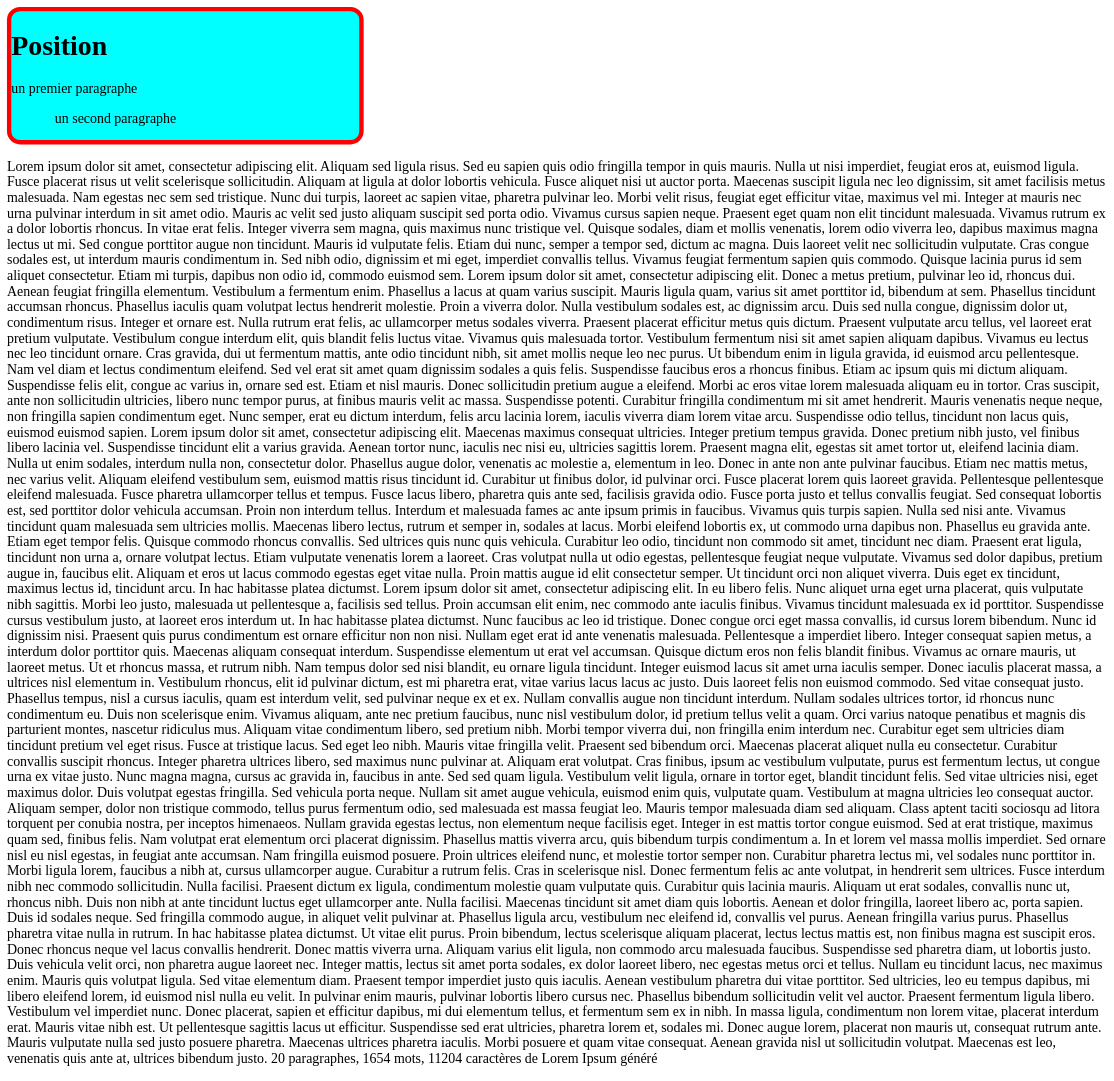
Repository: Poulpyto/fitec
Page: workspaceHtmlFlo/PremierTp_htmlCss/WebContent/position.html
An editor plug-in stored every save of this project. The page is shown before and after the next save, followed by the edit.
The browser window is 1280 px wide. The pictures show the whole page, at 87% of full size.

Above is the page before, as saved 2017-04-04 09:29:18.

After the next save:
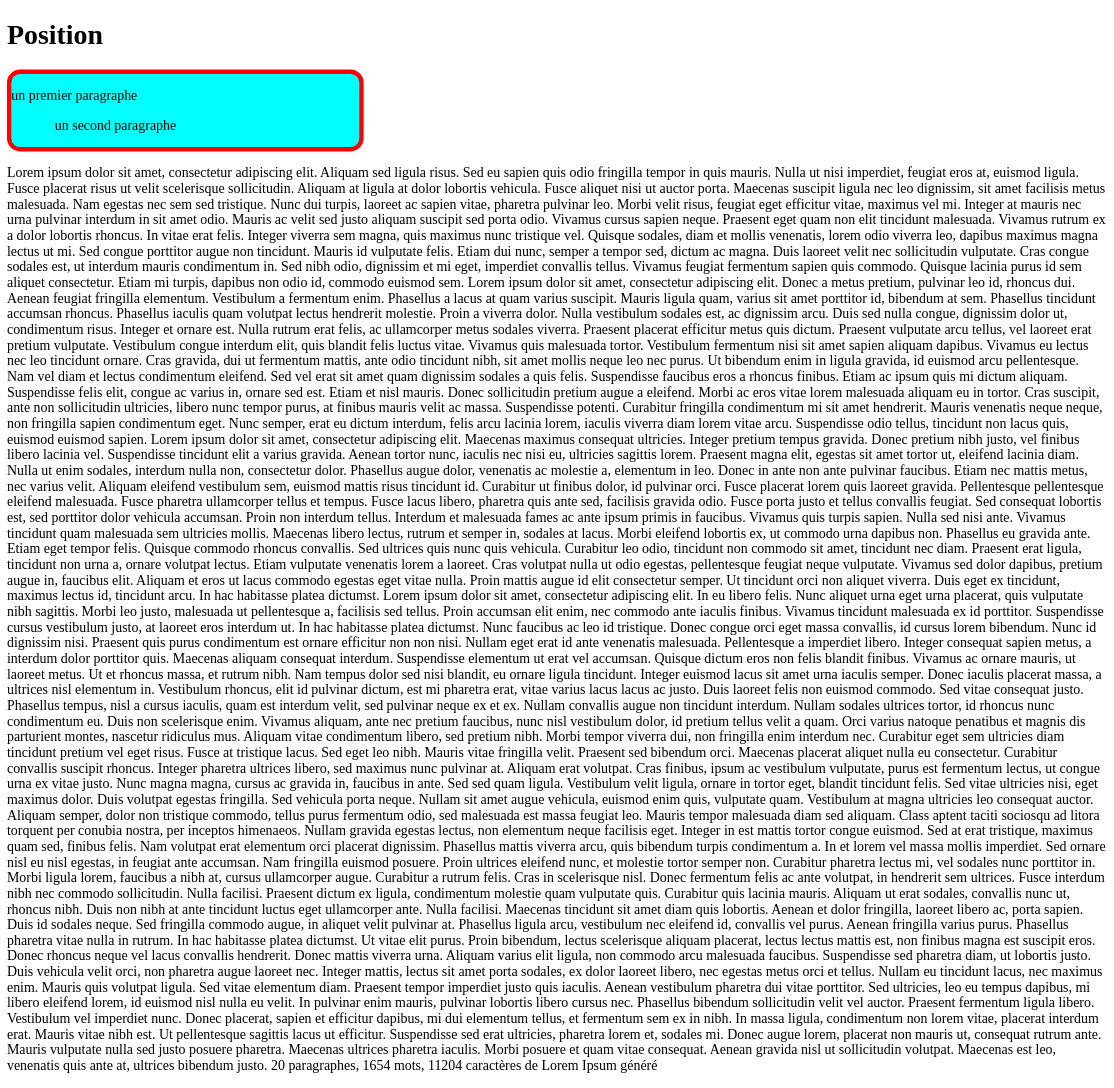
Saved 24 s later.
--- a/workspaceHtmlFlo/PremierTp_htmlCss/WebContent/position.html
+++ b/workspaceHtmlFlo/PremierTp_htmlCss/WebContent/position.html
@@ -6,8 +6,8 @@
 <title>Insert title here</title>
 </head>
 <body>
+<h1>Position</h1>
 	<div>
-		<h1>Position</h1>
 		<p class="p1">un premier paragraphe</p>
 		<p class="p2">un second paragraphe </p>
 
